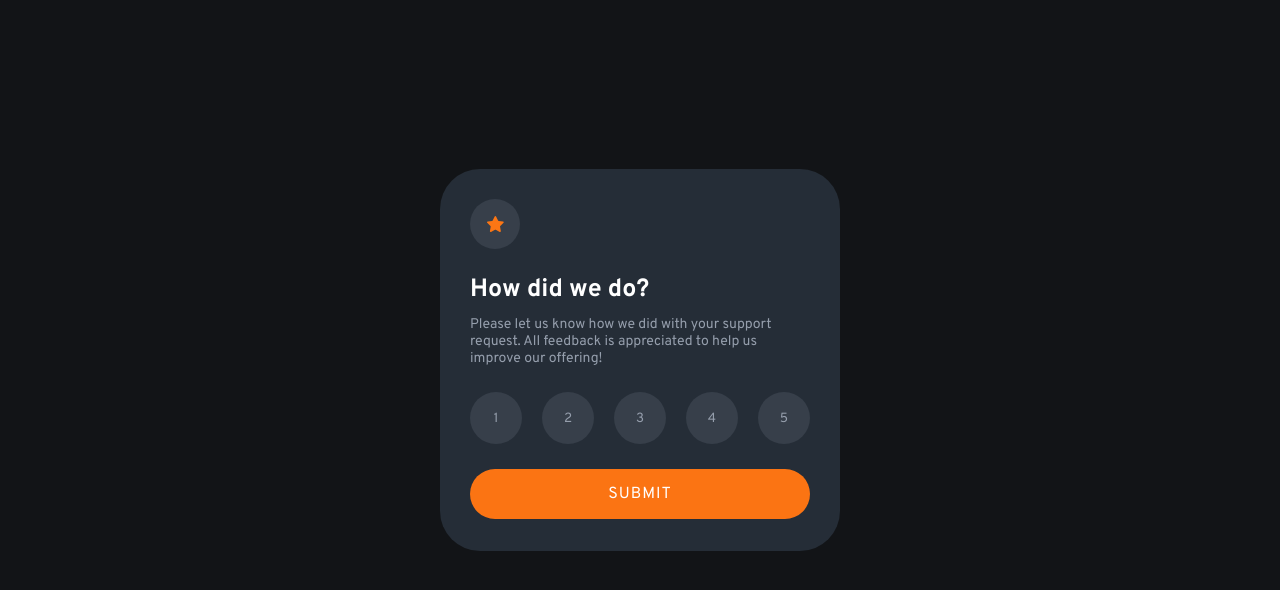
Repository: itbeginswithi/FrontebdMentor
Page: / (app in interactive-rating-component-main/)
These files come from the project's save history. The page is drawn as it stood at one moment and after a run of saves; the edit follows.
The browser window is 1280 px wide. The pictures show the whole page.
The project was rebuilt for these pictures with package versions that can differ from the ones it lists, and the page was loaded fresh each time.

Above is the page before, as saved 2022-07-24 11:56:23.

After the next 2 saves:
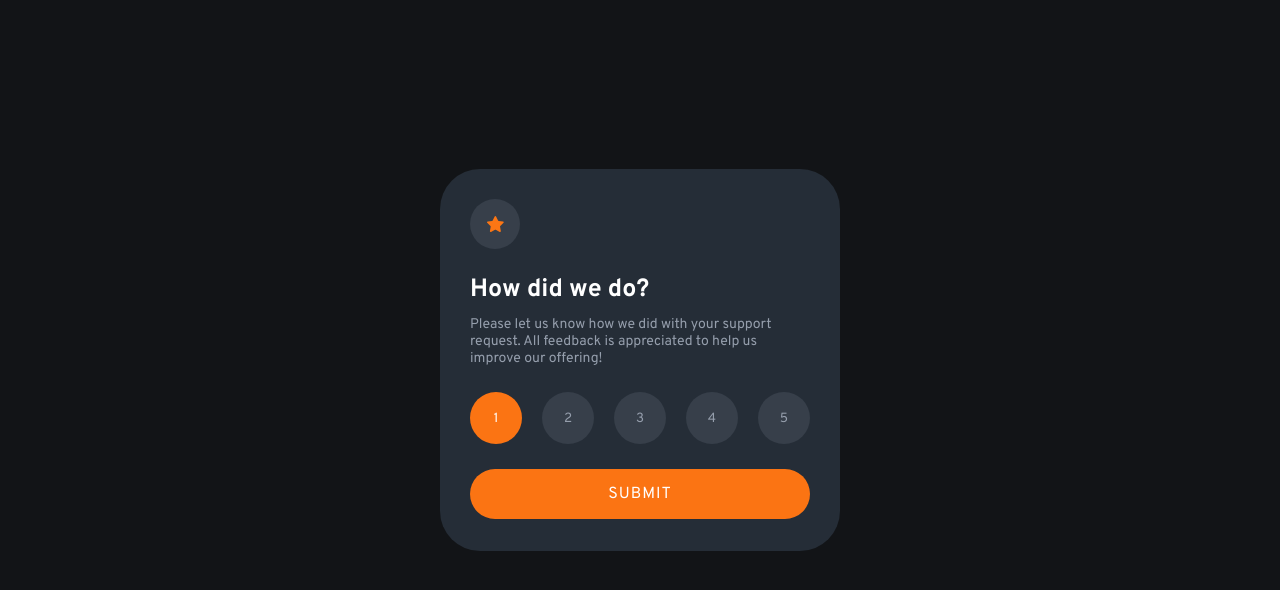
The 2 saves are shown as one change because they came seconds apart.
The last was saved 44 s later.
--- a/interactive-rating-component-main/src/App.scss
+++ b/interactive-rating-component-main/src/App.scss
@@ -80,11 +80,11 @@ main{
                     color: $white;
                     background-color: $light-grey;
                 }
+            }
 
-                &_activeBtn{
-                    color: $white !important;
-                    background-color: $primary !important;
-                }
+            &_activeBtn{
+                color: $white !important;
+                background-color: $primary !important;
             }
         }
 
